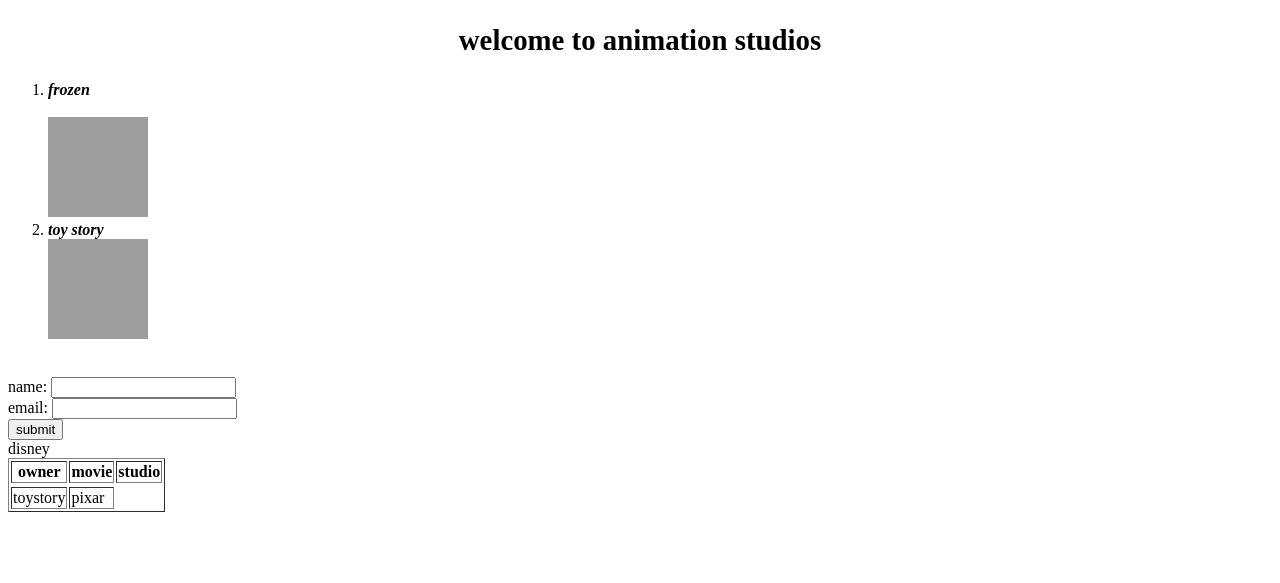
Repository: Rock-ass/New-folder--2-
Page: index.html
The author's editor kept a copy of each file at every save. The page is drawn from the files as they stood at one save, then again after the next save.
The browser window is 1280 px wide. The pictures show the whole page.
Pictures or frames that could not be fetched are drawn as grey boxes.

Above is the page before, as saved 2021-12-24 21:42:03.

After the next save:
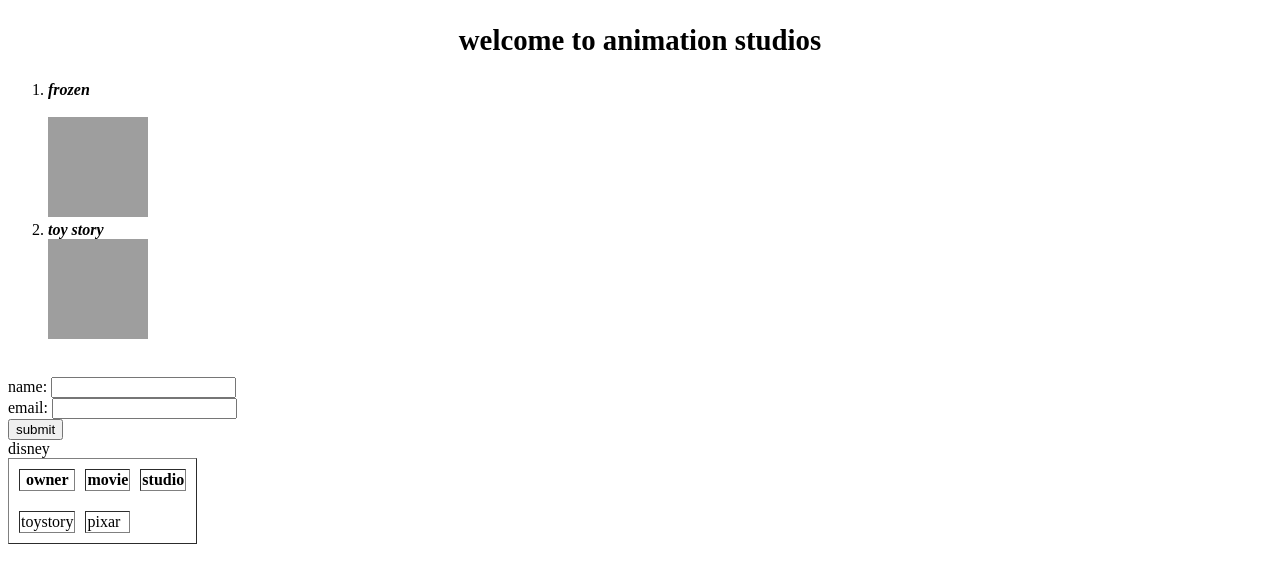
Saved 6 s later.
--- a/index.html
+++ b/index.html
@@ -69,7 +69,7 @@
 </form>
 
    </section>
-<table cellpadding=1 border=1 >
+<table cellpadding=1 border=1 cellspacing=10>
 <tr>
     <th>owner</th>
 <th>
